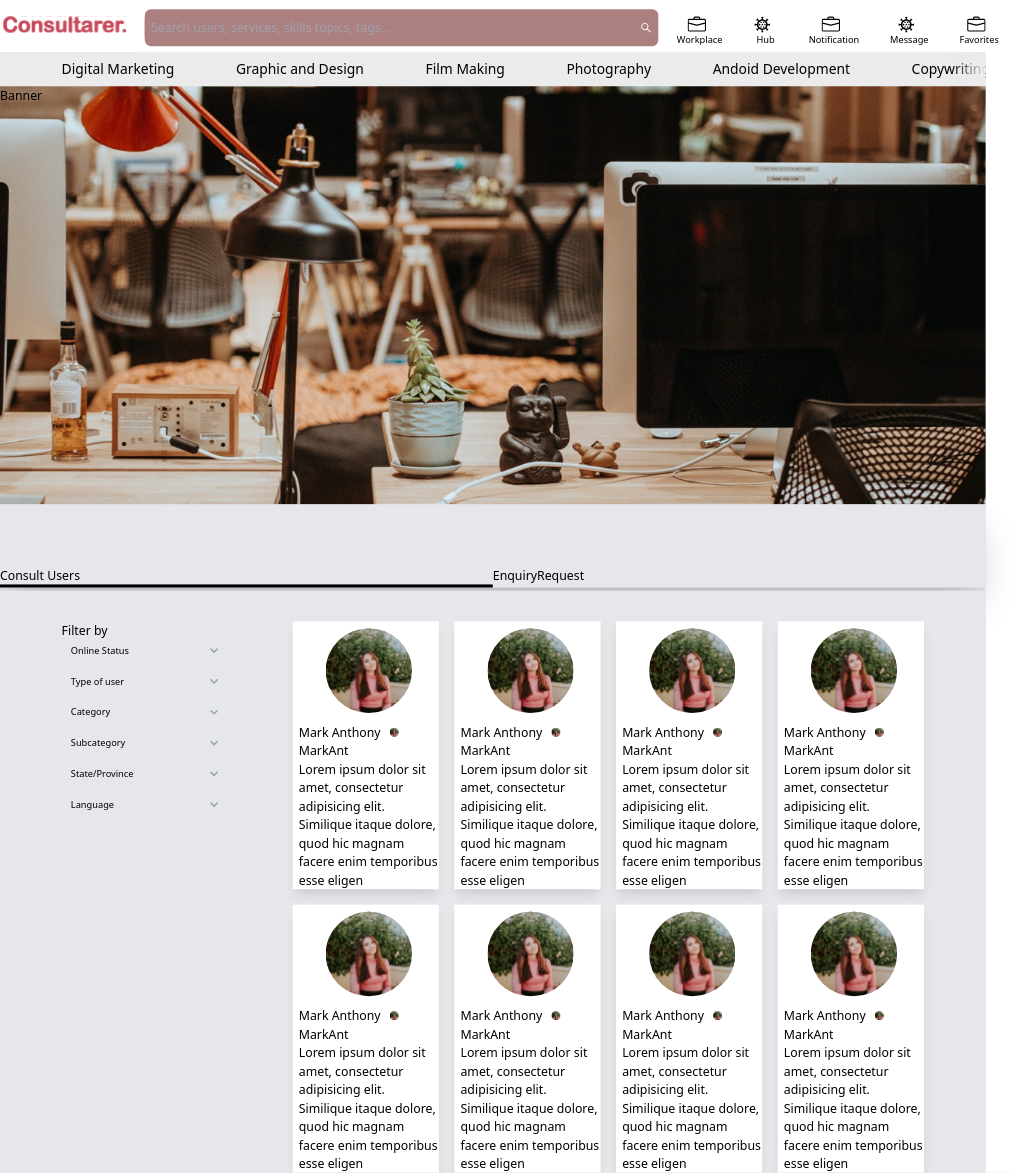
Repository: hisreal123/Consultarer
Page: /
The author's editor kept a copy of each file at every save. The page is drawn from the files as they stood at one save, then again after the next save.
The browser window is 1280 px wide. The page is 1317 px wide, so the pictures cover 1317 px, including what lies to the right of the window. The pictures show the whole page, at 77% of full size.
The project was rebuilt for these pictures with package versions that can differ from the ones it lists, and the page was loaded fresh each time. The framework's server and built-in components were replaced by stand-ins that run in the browser. Also part of the build but not shown: next.config.js, webpack.config.js, components/Filter/Sortby.js.

Above is the page before, as saved 2022-04-26 00:24:54.

### pages/_app.js
import Layout from "../components/Layout";
import "../styles/globals.css";



function MyApp({ Component, pageProps }) {
  return (
    <Layout>
      <Component {...pageProps} />
    </Layout>
  );
}

export default MyApp;

### pages/index.js
import Head from "next/head";
import Image from "next/image";
import CatList from "../components/Category/CatList";
import { CatLinkData } from "../utils/CatLinkdata";
import { Banner } from "../components/Banner/Banner";
import { ContentTab } from "../components/CardContent/ContentTab";

export default function Home({ data }) {
  return (
    <div className=" ">
      <Head>
        <title>Cosultarer.</title>
        <meta name="description" content="Generated by create next app" />
        <link rel="icon" href="/favicon.ico" />
      </Head>

      <main className="bg-gray-200">
        <CatList allCatLinkData={data} />
        <Banner />
        <ContentTab />
      </main>
    </div>
  );
}

export async function getStaticProps() {
  return {
    props: {
      data: CatLinkData,
    },
    revalidate: 4 * 60 * 60,
  };
}

### components/Layout.js
import React from "react";
import { TopNav } from "./TopNav/TopNav";

const Layout = ({ children , toggle}) => {
  return (
    <div className="relative">
      <TopNav toggle={toggle}/>
      {children}
    </div>
  );
};

export default Layout;

### components/Category/CatList.js
import React from "react";
import ListLink from "./ListLink";
const CatList = ({ allCatLinkData }) => {
  return (
    <div className="relative  overflow-hidden ">
      <div className="relative">
        <ListLink data={allCatLinkData} />
      </div>
    </div>
  );
};

export default CatList;

### utils/CatLinkdata.js
// Json Array for CarTegory Section
export const CatLinkData = [
  {
    id: 1,
    Category: " Digital Marketing",
  },
  {
    id: 2,
    Category: " Graphic and Design",
  },
  {
    id: 3,
    Category: " Film Making",
  },
  {
    id: 4,
    Category: " Photography ",
  },
  {
    id: 5,
    Category: " Andoid Development ",
  },
  {
    id: 6,
    Category: " Copywriting ",
  },

  {
    id: 7,
    Category: " Photography ",
  },
  {
    id: 8,
    Category: " Andoid Development ",
  },
  {
    id: 9,
    Category: " Copywriting ",
  },
  {
    id: 10,
    Category: " Digital Marketing",
  },
  {
    id: 11,
    Category: " Graphic and Design",
  },
  {
    id: 12,
    Category: " Film Making",
  },
  {
    id: 13,
    Category: " Photography ",
  },
  {
    id: 14,
    Category: " Andoid Development ",
  },
  {
    id: 15,
    Category: " Copywriting ",
  },

  {
    id: 16,
    Category: " Photography ",
  },
  {
    id: 17,
    Category: " Andoid Development ",
  },
  {
    id: 18,
    Category: " Copywriting ",
  },
]; // End of CatLinks

// for Link Data

### components/Banner/Banner.js
import React from "react";

export const Banner = () => {
  return (
    <div className=" h-[543px]  bg-gray-200 bg-hero bg-origin-content bg-right md:bg-center bg-cover bg-no-repeat  ">
      Banner
    </div>
  );
};

### components/CardContent/ContentTab.js
import { React, Fragment, useState } from "react";
import { EnquiryRequest } from "./EnquiryRequest";
import { ConsultUsers } from "./ConsultUsers";

export const ContentTab = () => {
  const [index, setIndex] = useState(0);
  return (
    <div className="Tabs">
      <div className="tabList  grid grid-cols-2 pt-20 bg-gray-200 mb-1 shadow-2xl z-30">
        <div
          className={`tabHead   ${
            index === 0 ? " border-b-4 border-b-black   " : null
          }`}
          onClick={() => {
            setIndex(0);
          }}
        >
          <h1 className="">Consult Users</h1>
        </div>
        <div
          className={`tabHead ${
            index === 1 ? "  border-b-4 border-b-black " : null
          }`}
          onClick={() => {
            setIndex(1);
          }}
        >
          <h1>EnquiryRequest</h1>
        </div>
      </div>
      <div className="contentl ">
        <div className="tabContent" hidden={index != 0}>
          <ConsultUsers />
        </div>
        <div className="tabContent" hidden={index != 1}>
          <EnquiryRequest />
        </div>
      </div>
    </div>
  );
};

### components/TopNav/TopNav.js
import Link from "next/link";
import { React, useState } from "react";
import Search from "./Search";
import { TopNavMobile } from "../Mobile/TopNavMobile";
import { Aside } from "../Mobile/Aside";
import { AccountLinks } from "../AccountLinks";

// All design are been adjusted to mobile first
export const TopNav = () => {
  return (
    <div className=" shadow-sm ">
      {/* tablet and extended*/}
      <div className=" relative lg:flex item-center ">
        <TopNavMobile />
        <div className="wrap hidden lg:flex  lg:bg-white lg:w-screen   lg:pt-3">
          <Search
            widthStyle="  ml-4 rounded-full hidden md:block lg:mr-1 lg:flex lg:pr-2  lg:bg-[#ad8080] lg:text-white "
            inputStyle="lg:w-[643px] lg:py-2  lg:bg-[#ad8080] lg:pl-2 lg:rounded-lg lg:outline-none lg:text-white"
          />
          <div className="acct w-full relative">
            <AccountLinks />
          </div>
        </div>
      </div>
    </div>
  );
};

### components/Category/ListLink.js
import Link from "next/link";
import React from "react";
import { useRouter } from "next/router";

const ListLink = ({ data }) => {
  const router = useRouter();
  return (
    <div className="relative bg-[#EBEBEB]">
      <ul className="  relative flex whitespace-nowrap px-10 sm:px-20 space-x-10 sm:space-x-20 overflow-x-scroll scrollbar-hide py-2 md:text-lg lg:w-screen">
        {data.map((list) => (
          <li
            key={list.id}
            // onClick={() => router.push(`/${list.Category}`)}
            className="hover:scale-105 transition duration-100  cursor-pointer active:text-red-500"
          >
            {list.Category}
          </li>
        ))}
      </ul>

      <div className="absolute top-0 right-0 bg-gradient-to-l from-[#EBEBEB] h-10 w-11"></div>
    </div>
  );
};

export default ListLink;

### components/CardContent/EnquiryRequest.js
import { FilterList } from "../Filter/FilterList";
export const EnquiryRequest = () => {
  return (
    <div className="grid grid-cols-2 relative w-full bg-green-300">
    <FilterList />
    </div>
  );
};

### components/CardContent/ConsultUsers.js
import React from "react";
import { FilterList } from "../Filter/FilterList";
import { UserCard } from "./UserCard";
export const ConsultUsers = () => {
  return (
    <div className="grid grid-cols-4 pt-10 px-20 z-10 gap-20 relative w-full bg-gray-200">
      <FilterList />
      <div className="useCard col-span-3">
        <UserCard userStyle="" />
      </div>
    </div>
  );
};

### components/TopNav/Search.js
import React from "react";
import { AiOutlineSearch } from "react-icons/ai";

const Search = ({ widthStyle, mobileStyle, inputStyle , lgStyle}) => {
  return (
    <div
      className={`transition hover:shadow-md  flex items-center  relative  bg-white  justify-between pr-3 lg:mb-2 lg:rounded-lg group  ${widthStyle} ${mobileStyle} ${lgStyle}`}
    >
      <input
        type="text"
        name="search"
        id="search"
        placeholder="Search users, services, skills topics, tags... "
        className={inputStyle}
      />
      <AiOutlineSearch className="transition hover:scale-105 cursor-pointer  " />
    </div>
  );
};

export default Search;

### components/Mobile/TopNavMobile.js
import { React, useState } from "react";
import { Aside } from "../Mobile/Aside";
import { Logo } from "../Logo";
import { Profile } from "../Profile";
import Search from "../TopNav/Search";
import { MdMenu } from "react-icons/md";

export const TopNavMobile = () => {
  const [openSideBar, setOpenSideBar] = useState(false);
  return (
    <div className="mobile relative pl-1 px-2 pb-1">
      {/* mobile*/}
      {/* Adding pr-2 to make space for te search component*/}
      <div className=" relative flex justify-between items-center bg-white w-full lg:h-full">
        <div className=" relative flex items-center">
          <MdMenu
            className="text-3xl text-gray-600 mr-1 lg:hidden"
            onClick={() => setOpenSideBar(!openSideBar)}
          />
          <Logo />
        </div>
        <Profile /> {/* profile available only for mobile xs & sm screen size*/}
      </div>
      {/* Search avialable only for mobile xs & sm screen size*/}
      <Search
        widthStyle="w-full pl-2  lg:hidden"
        mobileStyle="mb-3 outline-none rounded-full border border-1 "
        inputStyle=" text-xs py-2 px-2 w-full md:text-md"
      />

      <Aside
        sidebarInfo={{ openSideBar, setOpenSideBar }}
        toggleStyle={`
      ${!openSideBar ? "-translate-x-full" : ""}
    `}
      />
    </div>
  );
};

### components/Mobile/Aside.js
import Link from "next/link";
import { React, useState } from "react";
import { GrFormClose } from "react-icons/gr";
import { AccountLinks } from "../AccountLinks";
import Divider from "../divider";
import { FilterList } from "../Filter/FilterList";
import { Logo } from "../Logo";
// Repeated Style for more than one Element
const GenDesc = "text-xs text-red-500  pl-2 py-1";

export const Aside = ({
  toggleStyle,
  sidebarInfo: { openSideBar, setOpenSideBar },
}) => {
  return (
    <div
      className={` bg-white  absolute top-0  left-0  shadow-lg overflow-hidden w-3/4  transition pb-20 z-50  md:w-50 lg:hidden
      ${openSideBar ? " " : "-translate-x-full"} ${toggleStyle}
      `}
    >
      <div className="top ">
        <div className="top flex  justify-between items-center py-2 px-2">
          <Logo />
          <GrFormClose
            className="text-3xl"
            onClick={() => setOpenSideBar(!openSideBar)}
          />
        </div>
        <Divider />
        <h4 className={GenDesc}> Account</h4>
        <AccountLinks />
        <Divider />
        <FilterList filStyle={GenDesc} />
      </div>
    </div>
  );
};

### components/AccountLinks.js
import React from "react";
import { BsBriefcase } from "react-icons/bs";
import { MdOutlineCoronavirus } from "react-icons/md";
import Divider from "./divider";

const AsideLink = [
  {
    id: 1,
    title: " Workplace",
    icon: <BsBriefcase />,
  },

  {
    id: 2,
    title: "Hub",
    icon: <MdOutlineCoronavirus />,
  },

  {
    id: 3,
    title: " Notification",
    icon: <BsBriefcase />,
  },

  {
    id: 4,
    title: "Message",
    icon: <MdOutlineCoronavirus />,
  },

  {
    id: 5,
    title: " Favorites",
    icon: <BsBriefcase />,
  },
];

export const AccountLinks = () => {
  return (
    <div className=" group md:flex md:items-center md:justify-between md:w-full relative   lg:justify-between lg:items-center">
      {AsideLink.map((item) => (
        <div
          key={item.id}
          className="flex items-center px-2 py-2 mb-1 hover:bg-red-200 last:mb-0 md:text-2xl lg:px-0 lg:pt-2 lg:flex-col lg:pl-5 lg:pr-5  lg:hover:bg-white group lg:mb-0 lg:hover:border-b lg:border-b-black transition duration-150 "
        >
          <span className="mr-2 sm:hover:text-red-400 lg:hover:text-black lg:hover:font-extrabold  transition duration-100 lg:hover:animate-bounce">
            {item.icon}
          </span>
          <h1 className="text-xs"> {item.title}</h1>
        </div>
      ))}
    </div>
  );
};

### components/Filter/FilterList.js
import Divider from "../divider";
import { FilterCheckBox } from "./FilterCheckBox";
import Sortby from "./Sortby";

export const FilterList = ({ filStyle }) => {
  return (
    <div className=" ">
      <h3 className={filStyle}> Filter by</h3>

      <div className="wrap px-2">
        <FilterCheckBox OptionTitle="Online Status" />
        <FilterCheckBox OptionTitle="Type of user" />
        <FilterCheckBox OptionTitle="Category" />
        <FilterCheckBox OptionTitle="Subcategory" />
        <FilterCheckBox OptionTitle="State/Province" />
        <FilterCheckBox OptionTitle="Language" />

        {/*<Sortby title="Sort By" subTitle="Price" />
              <Divider />
          <Sortby title=" Rating " /> */}
      </div>
    </div>
  );
};

### components/CardContent/UserCard.js
import React from "react";
import Image from "next/image";
const User = [
  {
    slug: "user1",
    ImageProfile: "/img/unsplash_x9cXI2eQLBw.svg",
    fullname: " Mark Anthony",
    username: "MarkAnt",
    verified: true,
    rank: true,
    rate: "4.5(25)",
    salary: "50",
    timePrice: "10mins",
  },

  {
    slug: "user2",
    ImageProfile: "/img/unsplash_x9cXI2eQLBw.svg",
    fullname: " Mark Anthony",
    username: "MarkAnt",
    verified: true,
    rank: true,
    rate: "4.5(25)",
    salary: "50",
    timePrice: "10mins",
  },

  {
    slug: "user3",
    ImageProfile: "/img/unsplash_x9cXI2eQLBw.svg",
    fullname: " Mark Anthony",
    username: "MarkAnt",
    verified: true,
    rank: true,
    rate: "4.5(25)",
    salary: "50",
    timePrice: "10mins",
  },

  {
    slug: "user4",
    ImageProfile: "/img/unsplash_x9cXI2eQLBw.svg",
    fullname: " Mark Anthony",
    username: "MarkAnt",
    verified: true,
    rank: true,
    rate: "4.5(25)",
    salary: "50",
    timePrice: "10mins",
  },
  {
    slug: "user5",
    ImageProfile: "/img/unsplash_x9cXI2eQLBw.svg",
    fullname: " Mark Anthony",
    username: "MarkAnt",
    verified: true,
    rank: true,
    rate: "4.5(25)",
    salary: "50",
    timePrice: "10mins",
  },

  {
    slug: "user6",
    ImageProfile: "/img/unsplash_x9cXI2eQLBw.svg",
    fullname: " Mark Anthony",
    username: "MarkAnt",
    verified: true,
    rank: true,
    rate: "4.5(25)",
    salary: "50",
    timePrice: "10mins",
  },

  {
    slug: "user7",
    ImageProfile: "/img/unsplash_x9cXI2eQLBw.svg",
    fullname: " Mark Anthony",
    username: "MarkAnt",
    verified: true,
    rank: true,
    rate: "4.5(25)",
    salary: "50",
    timePrice: "10mins",
  },

  {
    slug: "user8",
    ImageProfile: "/img/unsplash_x9cXI2eQLBw.svg",
    fullname: " Mark Anthony",
    username: "MarkAnt",
    verified: true,
    rank: true,
    rate: "4.5(25)",
    salary: "50",
    timePrice: "10mins",
  },
];

export const UserCard = ({ userStyle }) => {
  return (
    <div className={`cardWrapper relative `}>
      <div className="cardContent">
        <div className=" details relative  grid grid-cols-4 gap-5 ">
          {User.map((user, slug) => (
            <div
              className={` user relative flex flex-col bg-white pt-2 pl-2 shadow-lg ${userStyle}`}
              key={slug}
            >
              <div className="relative h-7 w-28 self-center  mb-24 ">
                <Image
                  src={user.ImageProfile}
                  height="100"
                  width="100"
                  layout="responsive"
                  alt="profile Image"
                />
              </div>
              <div className="infos relative">
                <h2 className=" font-medium flex items-center">
                  {user.fullname}
                  {user.verified ? (
                    <div className="w-3 ml-3">
                      <Image
                        src="/img/unsplash_x9cXI2eQLBw.svg"
                        alt="verified"
                        layout="responsive"
                        height="100"
                        width="100"
                      />
                    </div>
                  ) : (
                    null(" false")
                  )}
                </h2>
                <h3 className=" font-medium "> {user.username} </h3>

                <p>
                  Lorem ipsum dolor sit amet, consectetur adipisicing elit.
                  Similique itaque dolore, quod hic magnam facere enim
                  temporibus esse eligen
                </p>
              </div>
            </div>
          ))}
        </div>
      </div>
    </div>
  );
};

### components/Logo.js
import Link from "next/link";
import React from "react";
import LogoPic from "../public/img/logo.svg";
export const Logo = () => {
  return (
    <div>
      <Link href="#">
        <a className="cursor-pointer">
          <LogoPic className="h-10 w-28 md:w-36 lg:h-30 lg:w-40 lg:pt-2 lg:pb-2" />
        </a>
      </Link>
    </div>
  );
};

### components/Profile.js
import React from "react";
import ProfilePic from "../public/img/unsplash_x9cXI2eQLBw.svg";

export const Profile = () => {
  return (
    <div className="group absolute right-0 pr-2 lg:hidden transition duration-150">
      <ProfilePic className="text-3xl group:hover:shadow-lg " />
      <span className="bg-green-600 h-2 w-2 absolute z-10 bottom-1 right-2  rounded-full "></span>
    </div>
  );
};

### components/divider.js
import React from "react";

function Divider() {
  return <div className="divider h-[0.08px] w-full bg-gray-300 "></div>;
}

export default Divider;

### components/Filter/FilterCheckBox.js
import { useState } from "react";
import { Listbox, Transition } from "@headlessui/react";
import { ChevronDownIcon } from "@heroicons/react/solid";

const people = [
  { id: 2, title: "Online Status" },
  { id: 3, title: "Option2" },
  { id: 4, title: "Option3" },
  { id: 5, title: "Option4" },
  { id: 5, title: "Option5" },
];

export const FilterCheckBox = ({ OptionTitle }) => {
  const [selectedPerson, setSelectedPerson] = useState(people[0]);
  return (
    <Listbox value={selectedPerson} onChange={setSelectedPerson}>
      <div className="wrap ">
        <Listbox.Button className="mb-3 p-1 text-xs flex items-center w-full  justify-between   ">
          <span className="">{OptionTitle || selectedPerson.title}</span>
          <ChevronDownIcon className="w-5 h-5 text-gray-400" />
        </Listbox.Button>

        <Listbox.Options className="px-1 bg-gray-200 relative">
          {people.map((person) => (
            /* Disabled options will be skipped by keyboard navigation. */
            <Listbox.Option
              key={person.id}
              value={person}
              className="text-xs py-1 md:text-lg "
            >
              {({ active, selected }) => (
                <li
                  className={` py-1 px-2 ${
                    active ? "bg-blue-500 text-white " : "text-black"
                  }`}
                >
                  {selected}
                  {person.title}
                </li>
              )}
            </Listbox.Option>
          ))}
        </Listbox.Options>
      </div>
    </Listbox>
  );
};

### tailwind.config.js
module.exports = {
  mode: "jit",
  content: [
    "./pages/**/*.{js,ts,jsx,tsx}",
    "./components/**/*.{js,ts,jsx,tsx}",
  ],
  theme: {
    extend: {
      backgroundImage: {
        hero: "url('/img/BannerImage.png')",
      },
    },
  },
  plugins: [require("tailwind-scrollbar-hide")],
};

Loaded but not shown: styles/globals.css (common file)

After the next save:
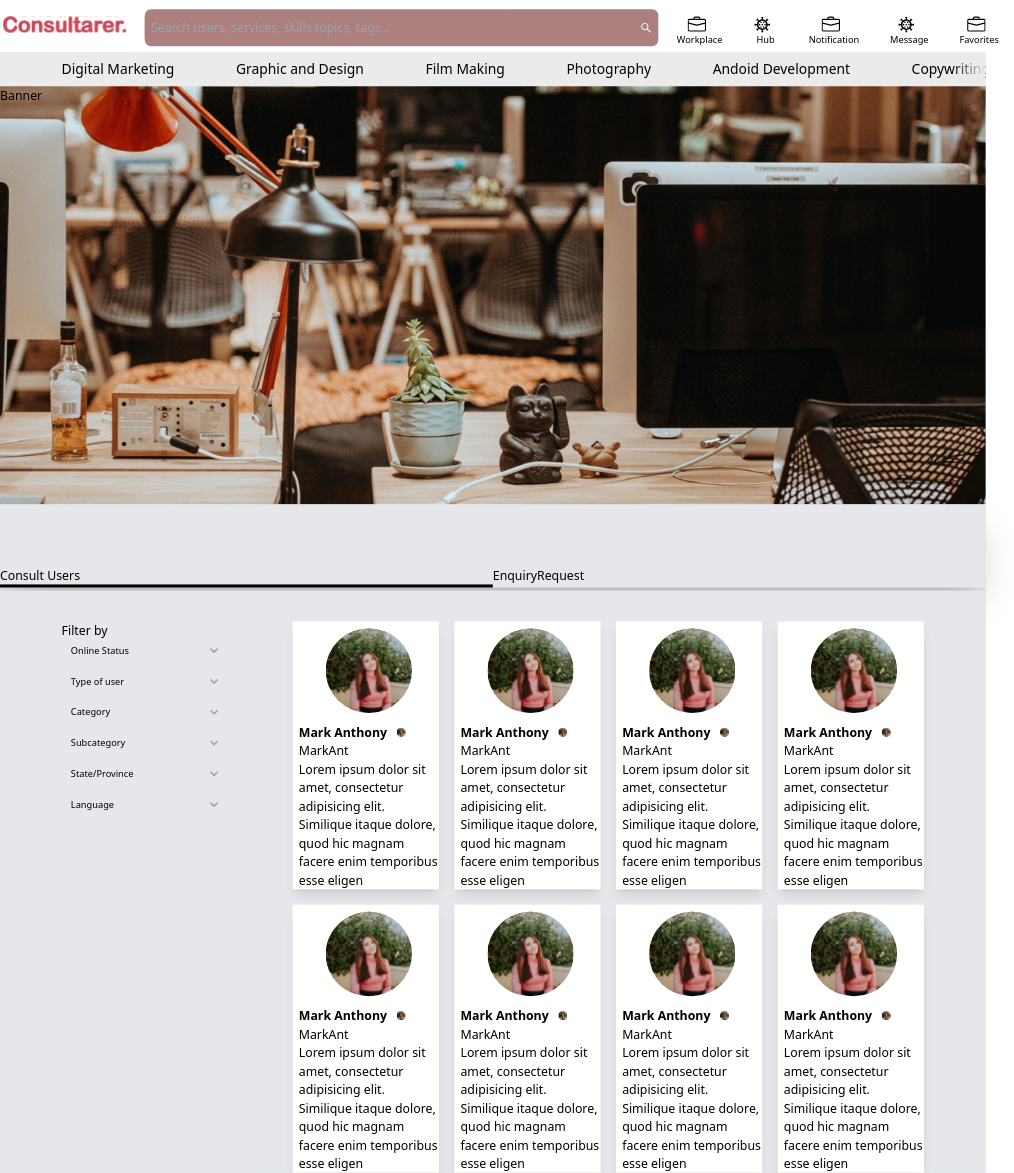
Saved 6 s later.
--- a/components/CardContent/UserCard.js
+++ b/components/CardContent/UserCard.js
@@ -117,7 +117,7 @@ export const UserCard = ({ userStyle }) => {
                 />
               </div>
               <div className="infos relative">
-                <h2 className=" font-medium flex items-center">
+                <h2 className=" font-semibold flex items-center">
                   {user.fullname}
                   {user.verified ? (
                     <div className="w-3 ml-3">
